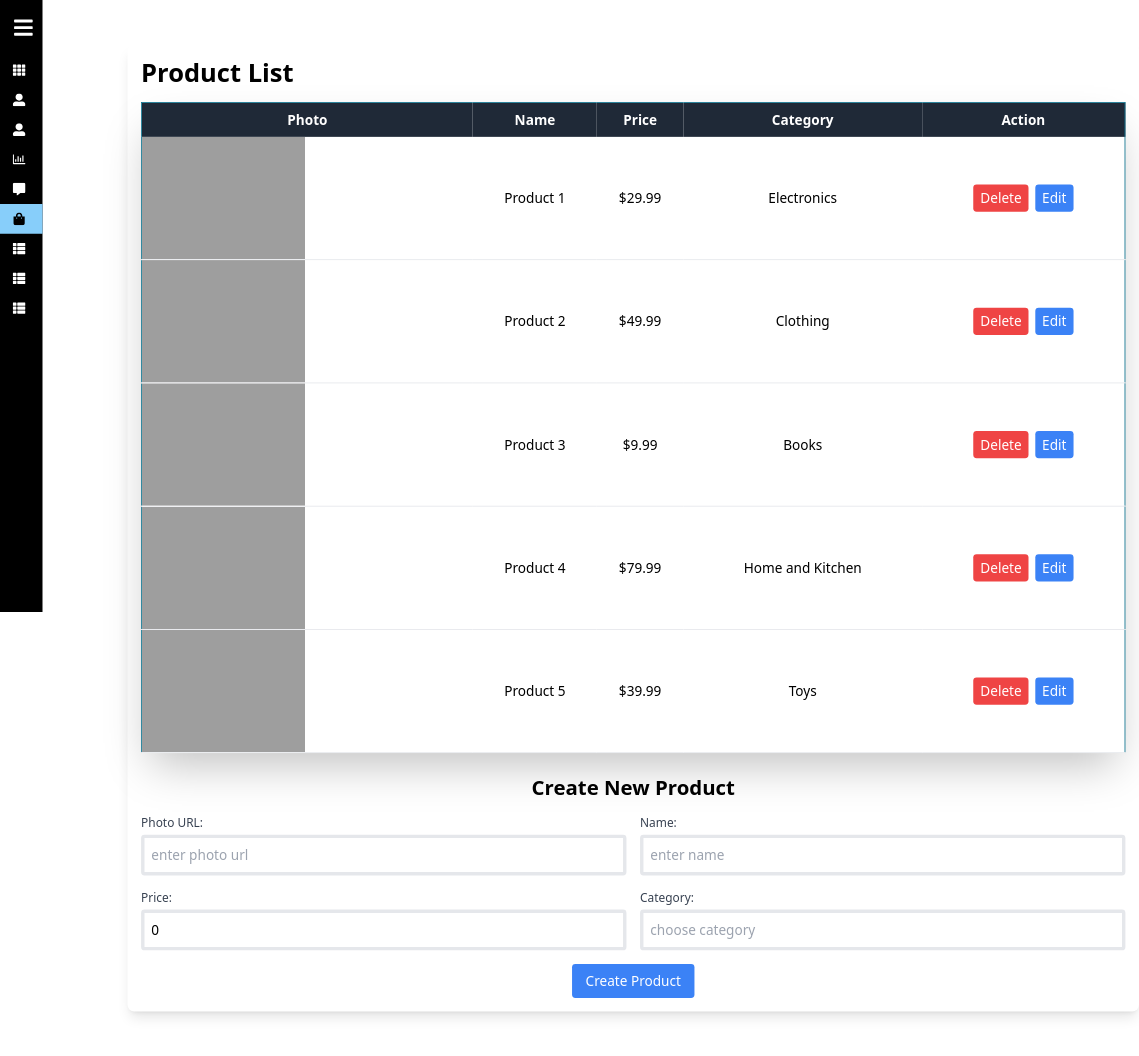
Repository: AndargWorku12/admin-dashboard
Page: /product
An editor plug-in stored every save of this project. The page is shown before and after the next save, followed by the edit.
The browser window is 1280 px wide. The page is 1340 px wide, so the pictures cover 1340 px, including what lies to the right of the window. The pictures show the whole page, at 85% of full size.
Pictures or frames that could not be fetched are drawn as grey boxes. The project was rebuilt for these pictures with package versions that can differ from the ones it lists, and the page was loaded fresh each time. Also part of the build but not shown: src/pages/Dashboard.tsx, src/pages/Orders.tsx, src/pages/Category.tsx, src/pages/Login.tsx, src/pages/Analytics.tsx, src/pages/CustemerReview.tsx, src/pages/ShopCard.tsx, src/pages/SignUpForm.tsx.

Above is the page before, as saved 2024-01-26 00:16:39.

After the next save:
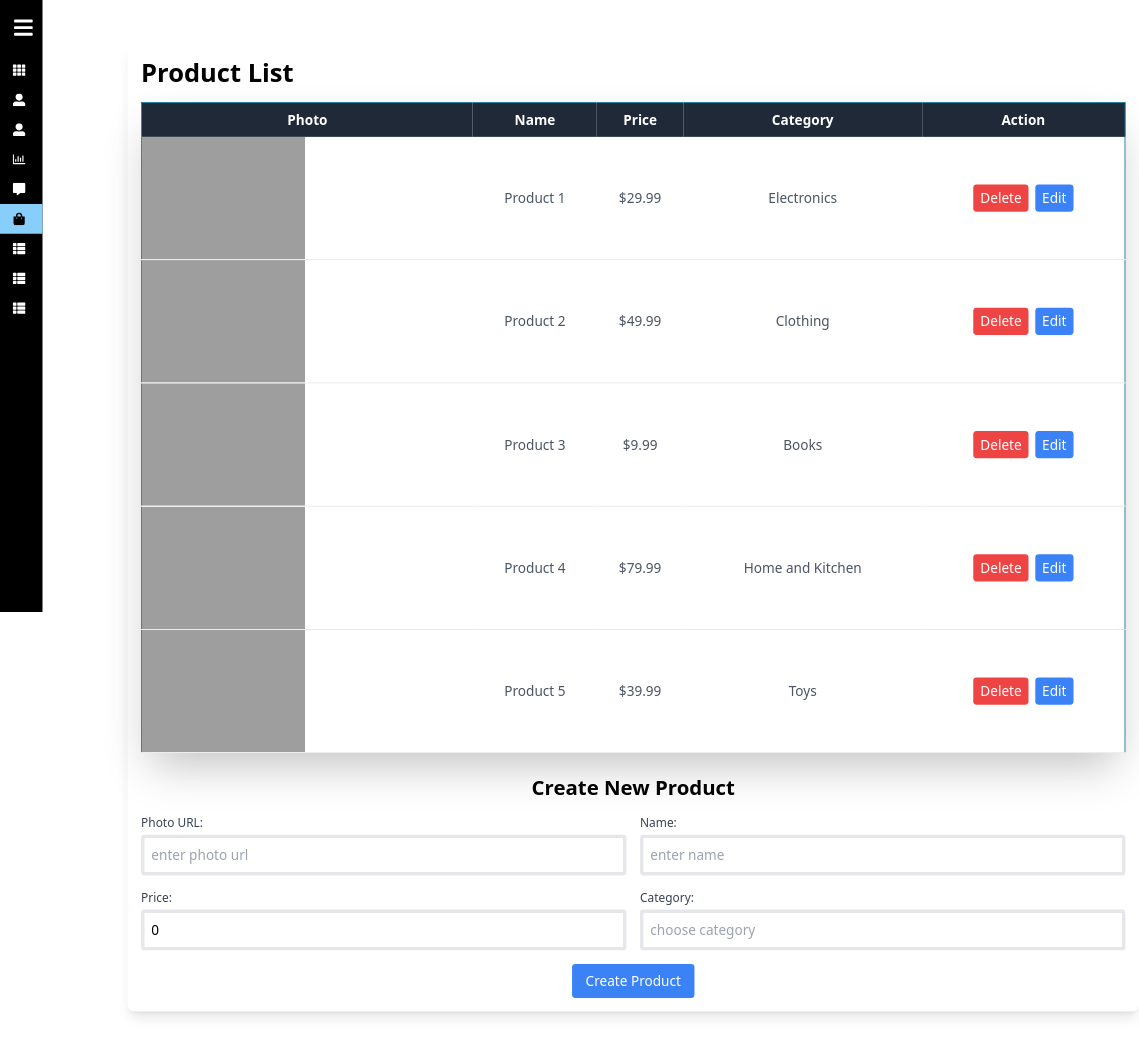
Saved 44 s later.
--- a/src/pages/ProductList.tsx
+++ b/src/pages/ProductList.tsx
@@ -52,7 +52,7 @@ const ProductList: React.FC<ProductListProps> = ({ products, onCreate, onDelete,
   return (
     <div className="container mx-auto my-8 p-4 bg-white shadow-lg rounded-lg block gap-64 text-center ml-20">
       <h2 className="text-3xl font-bold mb-4 text-left">Product List</h2>
-      <table className="w-full border border-cyan-700 w-max-80 shadow-2xl box-shadow: 0 4px 6px -1px rgba(169, 169, 169, 0.1), 0 2px 4px -1px rgba(169, 169, 169, 0.06);">
+      <table className="w-full border border-cyan-700 w-max-80 shadow-2xl text-gray-600">
         <thead>
           <tr className=' bg-gray-800 text-white'>
             <th className="py-2">Photo</th>

After the save that followed:
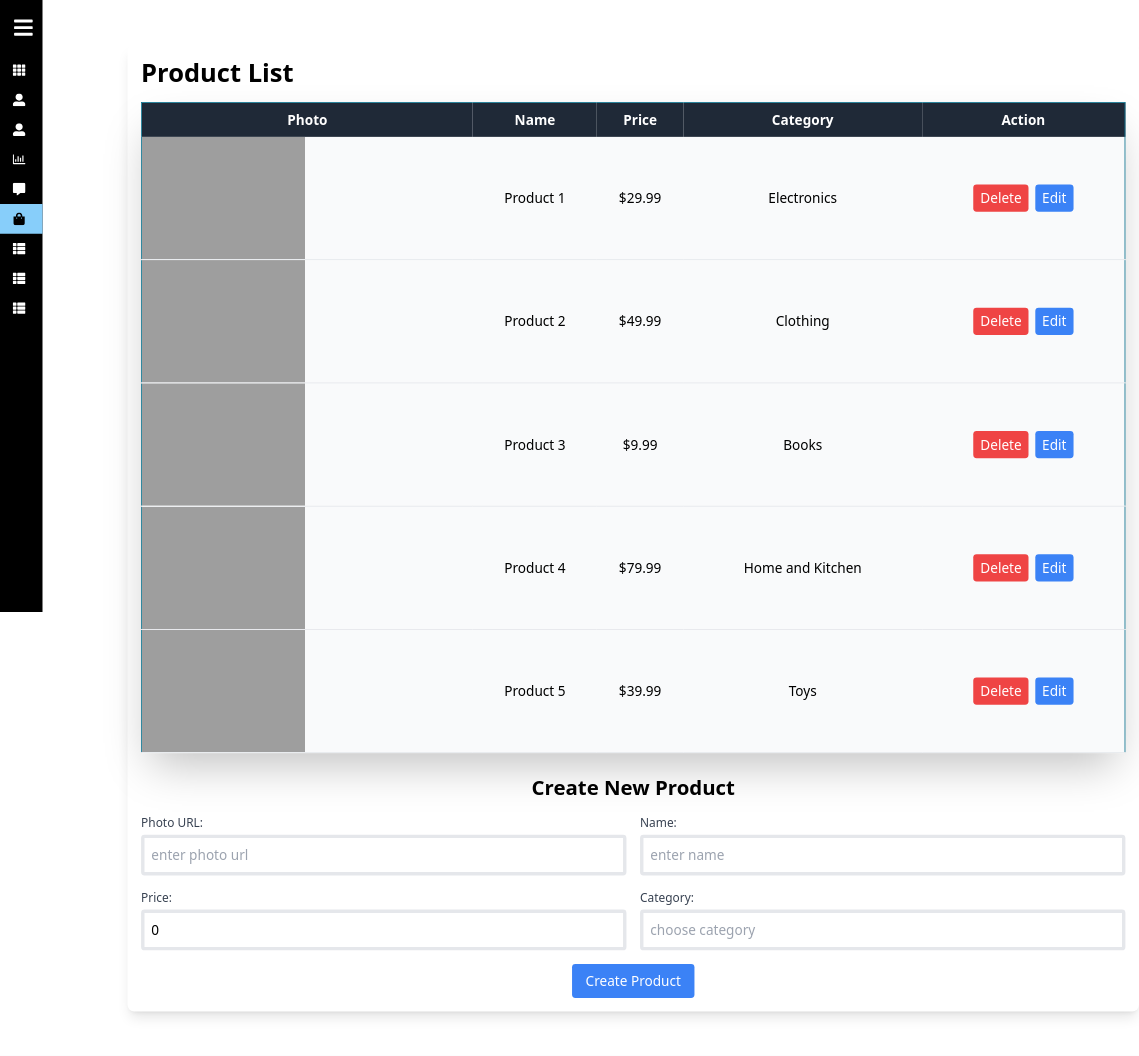
Saved 2 min 35 s later.
--- a/src/pages/ProductList.tsx
+++ b/src/pages/ProductList.tsx
@@ -52,7 +52,7 @@ const ProductList: React.FC<ProductListProps> = ({ products, onCreate, onDelete,
   return (
     <div className="container mx-auto my-8 p-4 bg-white shadow-lg rounded-lg block gap-64 text-center ml-20">
       <h2 className="text-3xl font-bold mb-4 text-left">Product List</h2>
-      <table className="w-full border border-cyan-700 w-max-80 shadow-2xl text-gray-600">
+      <table className="w-full border border-cyan-700 w-max-80 shadow-2xl bg-gray-50">
         <thead>
           <tr className=' bg-gray-800 text-white'>
             <th className="py-2">Photo</th>
